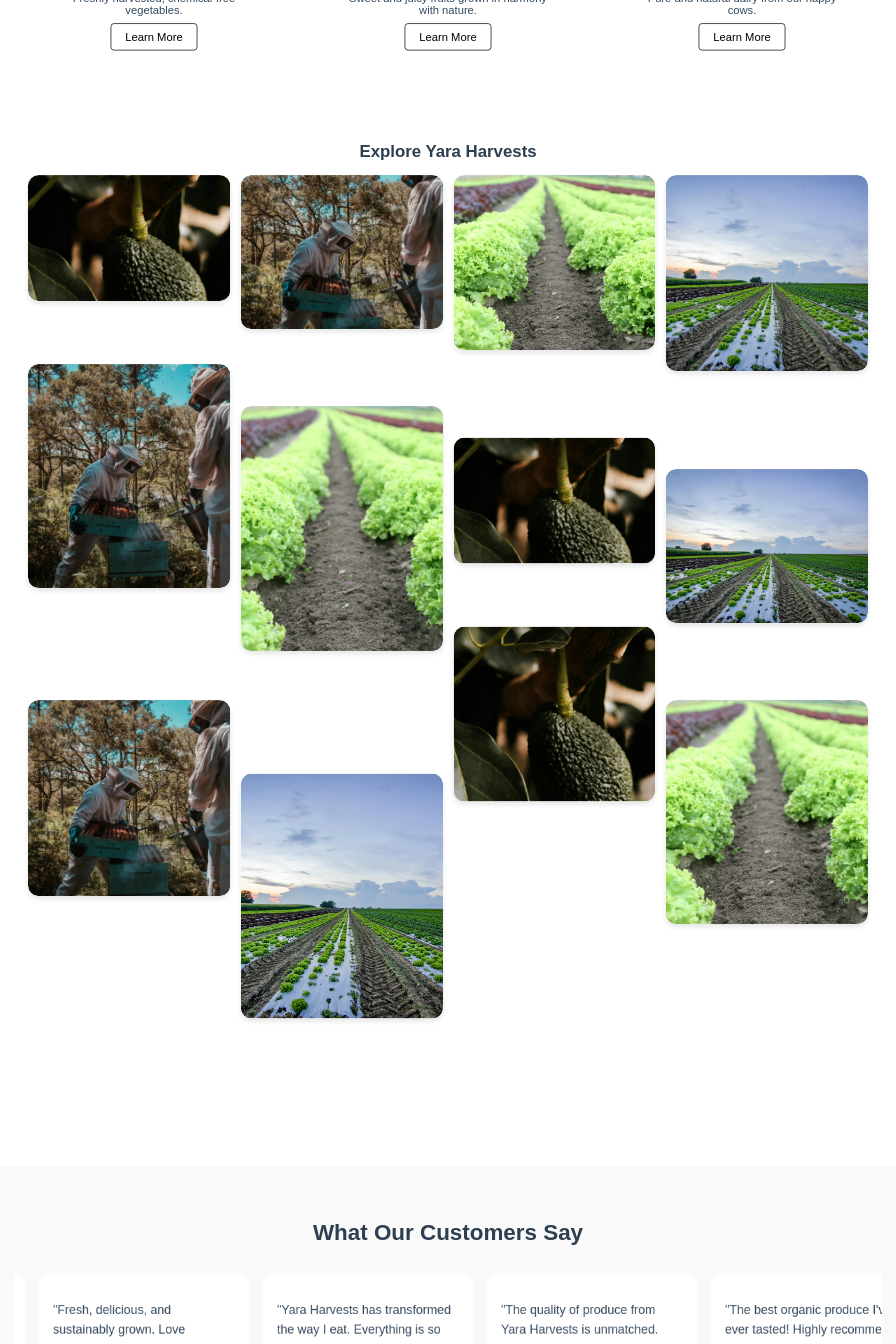
Repository: Kanyi-Manyara/yara-farm
Page: index.html
An editor plug-in stored every save of this project. The page is shown before and after the next save, followed by the edit.
The browser window is 1280 px wide. The pictures show the part of the page from y = 1243 to 3163 px (the page is 4162 px tall before and 3737 px after), at 70% of full size.
Pictures or frames that could not be fetched are drawn as grey boxes.

Above is the page before, as saved 2025-05-11 10:47:30.

After the next save:
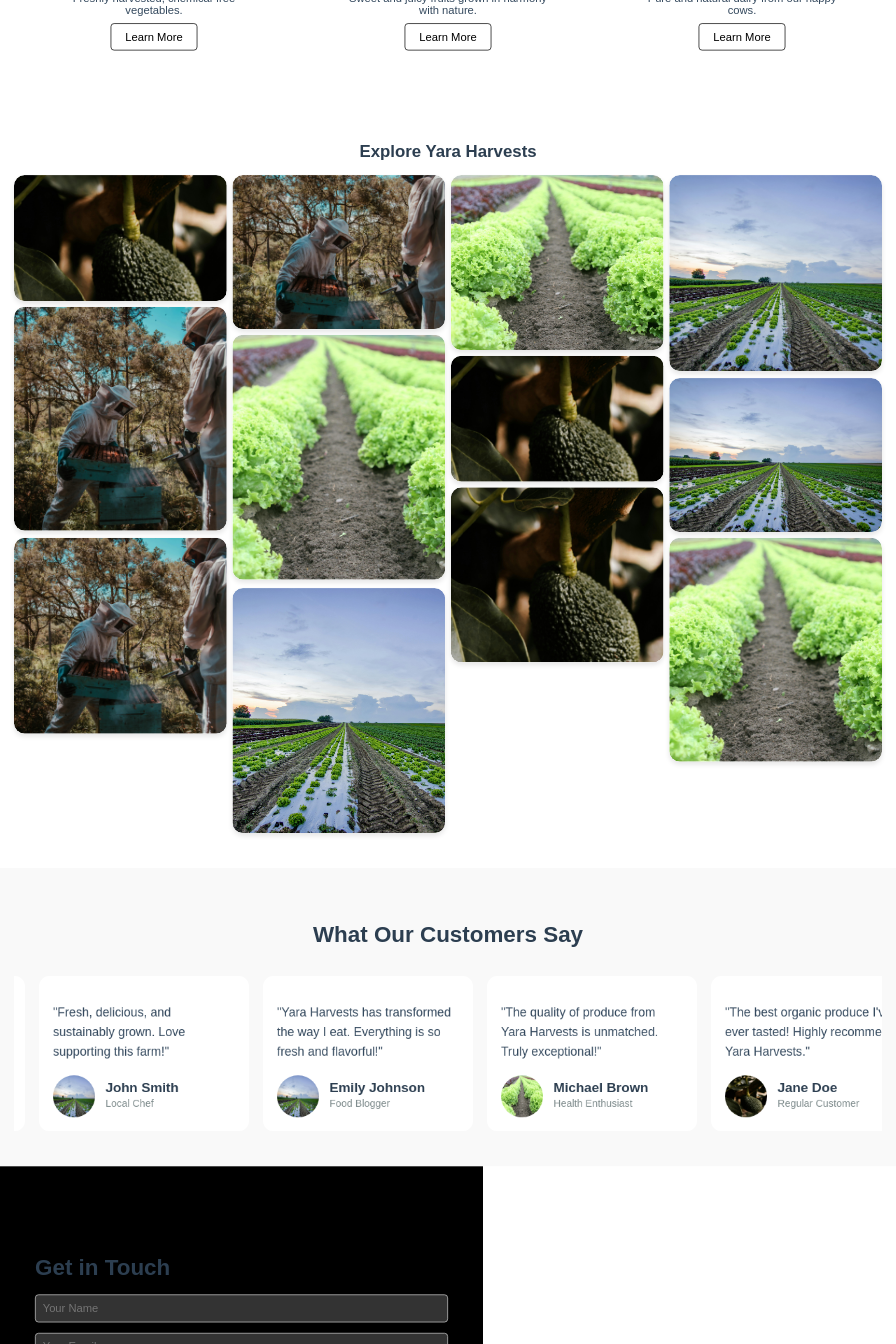
Saved 2 min 15 s later.
--- a/style.css
+++ b/style.css
@@ -590,8 +590,10 @@
 .gallery-grid {
   display: grid;
   grid-template-columns: repeat(auto-fill, minmax(250px, 1fr));
-  grid-auto-flow: dense; /* Better packing */
-  gap: 15px;
+  grid-auto-flow: dense;
+  gap: 8px; /* Reduce the gap between items */
+  padding: 0; /* Remove any padding */
+  margin: 0; /* Remove any margin */
 }
 
 .gallery-item {
@@ -600,6 +602,8 @@
   overflow: hidden;
   transition: transform 0.3s ease;
   height: fit-content;
+  margin: 0; /* Ensure no margins on items */
+  padding: 0; /* Ensure no padding on items */
 }
 
 /* Let images determine their own height */
